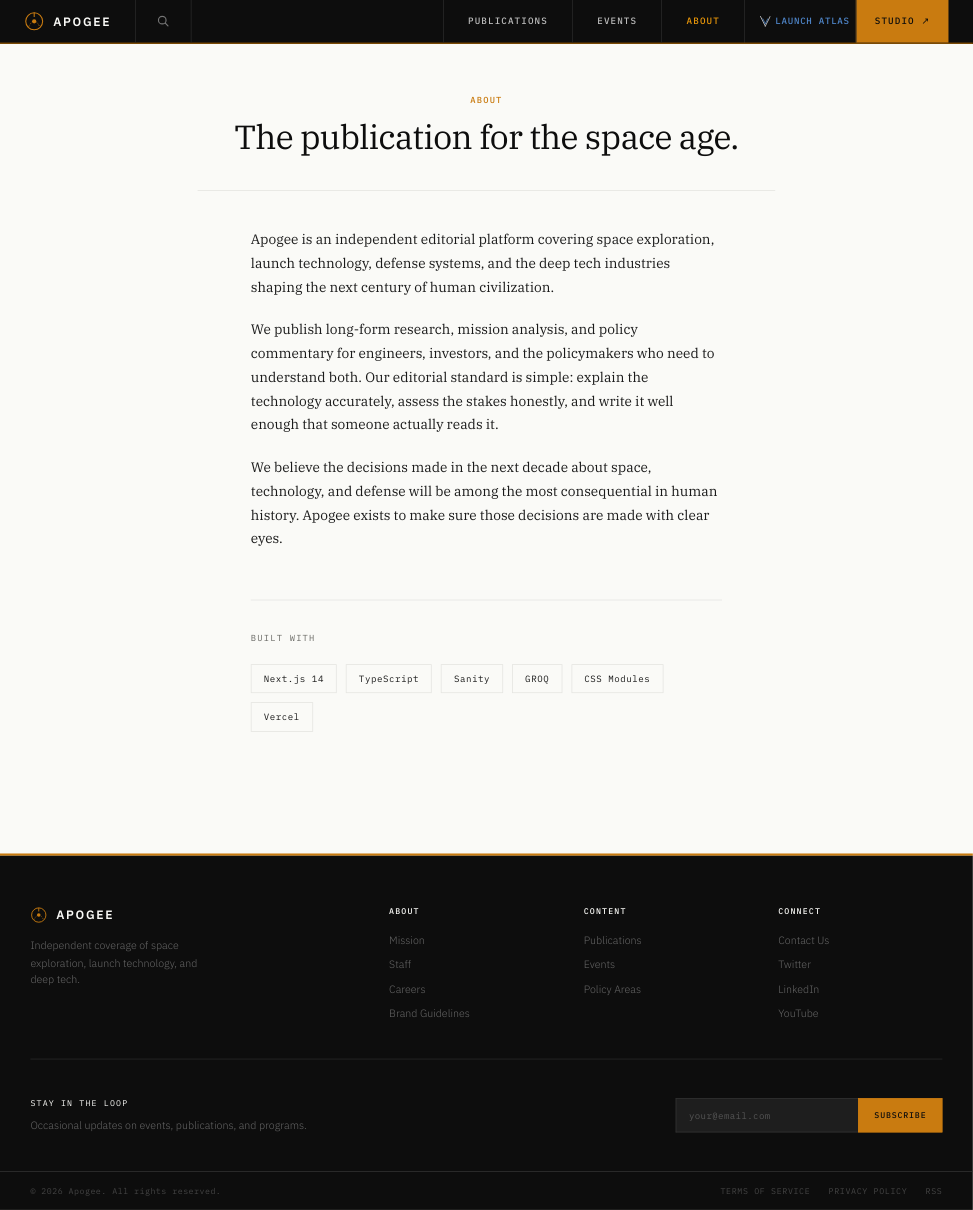
Repository: aricmoore/apogee
Page: /about
The author's editor kept a copy of each file at every save. The page is drawn from the files as they stood at one save, then again after the next save.
The browser window is 1280 px wide. The pictures show the whole page, at 76% of full size.
The project was rebuilt for these pictures with package versions that can differ from the ones it lists, and the page was loaded fresh each time. The framework's server and built-in components were replaced by stand-ins that run in the browser. Also part of the build but not shown: next.config.ts.

Above is the page before, as saved 2026-04-13 18:48:18.

### src/app/layout.tsx
import type { Metadata } from 'next'
import '@/app/globals.css'
import Nav from '@/components/Nav'
import Footer from '@/components/Footer'

export const metadata: Metadata = {
  title: 'Apogee',
  description: 'Space & Deep Tech',
}

export default function RootLayout({ children }: { children: React.ReactNode }) {
  return (
    <html lang="en">
      <body>
        <Nav />
        <main>{children}</main>
        <Footer />
      </body>
    </html>
  )
}

### src/app/about/page.tsx
import styles from './page.module.css'

export default function AboutPage() {
  return (
    <div className={styles.page}>
      <div className="container">
        <div className={styles.header}>
          <span className={styles.label}>About</span>
          <h1 className={styles.title}>The publication for the space age.</h1>
        </div>
        <div className={styles.body}>
          <p>Apogee is an independent editorial platform covering space exploration, launch technology, defense systems, and the deep tech industries shaping the next century of human civilization.</p>
          <p>We publish long-form research, mission analysis, and policy commentary for engineers, investors, and the policymakers who need to understand both. Our editorial standard is simple: explain the technology accurately, assess the stakes honestly, and write it well enough that someone actually reads it.</p>
          <p>We believe the decisions made in the next decade about space, technology, and defense will be among the most consequential in human history. Apogee exists to make sure those decisions are made with clear eyes.</p>
        </div>
        <div className={styles.stack}>
          <span className={styles.stackLabel}>Built with</span>
          <div className={styles.stackGrid}>
            {['Next.js 14', 'TypeScript', 'Sanity', 'GROQ', 'CSS Modules', 'Vercel'].map(item => (
              <div key={item} className={styles.stackItem}>{item}</div>
            ))}
          </div>
        </div>
      </div>
    </div>
  )
}

### src/app/globals.css
@import url('https://fonts.googleapis.com/css2?family=Bebas+Neue&family=IBM+Plex+Serif:ital,wght@0,400;0,500;1,400&family=IBM+Plex+Mono:wght@400;500&family=IBM+Plex+Sans:wght@300;400;500;600&display=swap');

:root {
  --amber:       #C97B10;
  --amber-light: #E8960A;
  --amber-dim:   #7A4A05;
  --black:       #0D0D0D;
  --white:       #FAFAF7;
  --stone:       #C8C8C4;
  --ink:         #1A1A1A;
  --muted:       #6A6A66;
  --faint:       #E4E4E0;
  --bg:          #FAFAF7;
  --accent:      #C97B10;

  --font-display: 'Bebas Neue', 'Arial Narrow', sans-serif;
  --font-serif:   'IBM Plex Serif', Georgia, serif;
  --font-mono:    'IBM Plex Mono', 'Courier New', monospace;
  --font-sans:    'IBM Plex Sans', system-ui, sans-serif;

  --text-xs:   0.75rem;
  --text-sm:   0.875rem;
  --text-base: 1rem;
  --text-lg:   1.125rem;
  --text-xl:   1.25rem;
  --text-2xl:  1.5rem;
  --text-3xl:  2rem;
  --text-4xl:  2.75rem;
  --text-5xl:  3.5rem;
  --text-6xl:  5rem;
  --text-7xl:  7rem;

  --space-1:  0.25rem;
  --space-2:  0.5rem;
  --space-3:  0.75rem;
  --space-4:  1rem;
  --space-5:  1.25rem;
  --space-6:  1.5rem;
  --space-8:  2rem;
  --space-10: 2.5rem;
  --space-12: 3rem;
  --space-16: 4rem;
  --space-20: 5rem;
  --space-24: 6rem;

  --max-w:         1280px;
  --leading-tight: 1.0;
  --leading-snug:  1.25;
  --leading-body:  1.72;
  --measure:       66ch;
  --ease:          cubic-bezier(0.16, 1, 0.3, 1);
}

*, *::before, *::after { box-sizing: border-box; margin: 0; padding: 0; }

html { font-size: 16px; -webkit-font-smoothing: antialiased; -moz-osx-font-smoothing: grayscale; }

body {
  background: var(--bg);
  color: var(--ink);
  font-family: var(--font-sans);
  font-size: var(--text-base);
  line-height: var(--leading-body);
  font-weight: 400;
}

a { color: inherit; text-decoration: none; }
img { display: block; max-width: 100%; }
button { cursor: pointer; border: none; background: none; font: inherit; }

.container {
  width: 100%;
  max-width: var(--max-w);
  margin: 0 auto;
  padding: 0 var(--space-10);
}

.label {
  font-family: var(--font-mono);
  font-size: 0.72rem;
  font-weight: 500;
  letter-spacing: 0.12em;
  text-transform: uppercase;
  color: var(--muted);
}

.rule        { border: none; border-top: 1px solid var(--faint); }
.rule--heavy { border-top: 2px solid var(--black); }

### src/components/Footer.tsx
import Link from 'next/link'
import styles from './Footer.module.css'

function ApogeeIcon() {
  return (
    <svg width="22" height="22" viewBox="0 0 28 28" fill="none" xmlns="http://www.w3.org/2000/svg" aria-hidden="true">
      <circle cx="14" cy="14" r="12" stroke="#C97B10" strokeWidth="1.5" fill="none"/>
      <circle cx="14" cy="14" r="3" fill="#C97B10"/>
      <line x1="14" y1="2" x2="14" y2="8" stroke="#C97B10" strokeWidth="1.5"/>
      <path d="M 6 22 Q 14 6 22 22" stroke="#C97B10" strokeWidth="1" fill="none" strokeDasharray="2 2"/>
    </svg>
  )
}

export default function Footer() {
  return (
    <footer className={styles.footer}>
      <div className={styles.top}>
        <div className="container">
          <div className={styles.grid}>
            <div className={styles.brand}>
              <div className={styles.wordmarkWrap}>
                <ApogeeIcon />
                <span className={styles.wordmark}>Apogee</span>
              </div>
              <p className={styles.tagline}>Independent coverage of space exploration, launch technology, and deep tech.</p>
            </div>
            <div className={styles.col}>
              <span className={styles.colLabel}>About</span>
              <Link href="/about" className={styles.colLink}>Mission</Link>
              <Link href="/about" className={styles.colLink}>Staff</Link>
              <Link href="/about" className={styles.colLink}>Careers</Link>
              <Link href="/about" className={styles.colLink}>Brand Guidelines</Link>
            </div>
            <div className={styles.col}>
              <span className={styles.colLabel}>Content</span>
              <Link href="/" className={styles.colLink}>Publications</Link>
              <Link href="/events" className={styles.colLink}>Events</Link>
              <Link href="/" className={styles.colLink}>Policy Areas</Link>
            </div>
            <div className={styles.col}>
              <span className={styles.colLabel}>Connect</span>
              <Link href="/" className={styles.colLink}>Contact Us</Link>
              <Link href="/" className={styles.colLink}>Twitter</Link>
              <Link href="/" className={styles.colLink}>LinkedIn</Link>
              <Link href="/" className={styles.colLink}>YouTube</Link>
            </div>
          </div>

          <div className={styles.subscribe}>
            <span className={styles.subscribeLabel}>Stay in the loop</span>
            <p className={styles.subscribeSub}>Occasional updates on events, publications, and programs.</p>
            <div className={styles.subscribeForm}>
              <input
                type="email"
                placeholder="your@email.com"
                className={styles.input}
                aria-label="Email address"
              />
              <button className={styles.subscribeBtn}>Subscribe</button>
            </div>
          </div>
        </div>
      </div>

      <div className={styles.bottom}>
        <div className="container">
          <div className={styles.bottomInner}>
            <span className={styles.copy}>© 2026 Apogee. All rights reserved.</span>
            <div className={styles.bottomLinks}>
              <Link href="/" className={styles.bottomLink}>Terms of Service</Link>
              <Link href="/" className={styles.bottomLink}>Privacy Policy</Link>
              <Link href="/" className={styles.bottomLink}>RSS</Link>
            </div>
          </div>
        </div>
      </div>
    </footer>
  )
}

### src/app/about/page.module.css
.page {
  padding: var(--space-16) 0 var(--space-24);
}

.header {
  max-width: 760px;
  margin: 0 auto var(--space-12);
  text-align: center;
  padding-bottom: var(--space-12);
  border-bottom: 1px solid var(--faint);
}

.label {
  font-family: var(--font-mono);
  font-size: 0.72rem;
  font-weight: 500;
  letter-spacing: 0.14em;
  text-transform: uppercase;
  color: var(--amber);
  display: block;
  margin-bottom: var(--space-4);
}

.title {
  font-family: var(--font-serif);
  font-size: var(--text-4xl);
  font-weight: 400;
  line-height: var(--leading-tight);
  letter-spacing: -0.02em;
  color: var(--black);
}

.body {
  max-width: 620px;
  margin: 0 auto var(--space-16);
  font-family: var(--font-serif);
  font-size: var(--text-lg);
  line-height: 1.75;
  color: var(--ink);
}

.body p {
  margin-bottom: var(--space-6);
}

.stack {
  max-width: 620px;
  margin: 0 auto;
  padding-top: var(--space-10);
  border-top: 1px solid var(--faint);
}

.stackLabel {
  font-family: var(--font-mono);
  font-size: 0.72rem;
  letter-spacing: 0.14em;
  text-transform: uppercase;
  color: var(--muted);
  display: block;
  margin-bottom: var(--space-6);
}

.stackGrid {
  display: flex;
  flex-wrap: wrap;
  gap: var(--space-3);
}

.stackItem {
  font-family: var(--font-mono);
  font-size: 0.75rem;
  letter-spacing: 0.06em;
  color: var(--ink);
  border: 1px solid var(--faint);
  padding: var(--space-2) var(--space-4);
  transition: border-color 0.15s, color 0.15s;
}

.stackItem:hover {
  border-color: var(--amber);
  color: var(--amber);
}

### src/components/Nav.module.css
.header {
  position: sticky;
  top: 0;
  z-index: 100;
  background: var(--black);
  border-bottom: 2px solid var(--amber-dim);
}

.inner {
  display: flex;
  align-items: stretch;
  justify-content: space-between;
  min-height: 56px;
  max-width: var(--max-w);
  margin: 0 auto;
  padding: 0 var(--space-8);
}

.wordmark {
  display: flex;
  align-items: center;
  gap: var(--space-3);
  padding-right: var(--space-8);
  border-right: 1px solid #2a2a2a;
  transition: opacity 0.15s;
  white-space: nowrap;
  flex-shrink: 0;
}

.wordmark:hover { opacity: 0.8; }

.wordmarkText {
  font-family: var(--font-sans);
  font-size: 1rem;
  font-weight: 600;
  letter-spacing: 0.14em;
  text-transform: uppercase;
  color: var(--white);
  line-height: 1;
}

.searchWrap {
  display: flex;
  align-items: center;
  padding: 0 var(--space-5);
  border-right: 1px solid #2a2a2a;
  flex-shrink: 0;
}

.searchBtn {
  display: flex;
  align-items: center;
  justify-content: center;
  background: none;
  border: none;
  cursor: pointer;
  padding: var(--space-2);
  opacity: 0.6;
  transition: opacity 0.15s;
}

.searchBtn:hover { opacity: 1; }

.searchForm {
  display: flex;
  align-items: center;
  gap: var(--space-2);
}

.searchInput {
  font-family: var(--font-mono);
  font-size: 0.76rem;
  letter-spacing: 0.08em;
  background: #1a1a1a;
  border: 1px solid #333;
  color: var(--white);
  padding: var(--space-2) var(--space-3);
  width: 200px;
  outline: none;
  transition: border-color 0.15s;
}

.searchInput::placeholder { color: #555; }
.searchInput:focus { border-color: var(--amber); }

.searchClose {
  font-family: var(--font-mono);
  font-size: 0.72rem;
  color: #666;
  background: none;
  border: none;
  cursor: pointer;
  padding: var(--space-1);
  transition: color 0.15s;
}

.searchClose:hover { color: var(--white); }

.links {
  display: flex;
  align-items: stretch;
  flex: 1;
  justify-content: flex-end;
}

.link {
  display: flex;
  align-items: center;
  font-family: var(--font-mono);
  font-size: 0.76rem;
  font-weight: 500;
  letter-spacing: 0.12em;
  text-transform: uppercase;
  color: #BBBBBB;
  padding: 0 var(--space-8);
  border-left: 1px solid #2a2a2a;
  transition: color 0.15s;
  white-space: nowrap;
}

.link:hover { color: var(--amber-light); }

.linkActive {
  color: var(--amber-light) !important;
}

.studio {
  display: flex;
  align-items: center;
  font-family: var(--font-mono);
  font-size: 0.76rem;
  font-weight: 500;
  letter-spacing: 0.12em;
  text-transform: uppercase;
  color: var(--black);
  background: var(--amber);
  padding: 0 var(--space-6);
  border-left: 1px solid #2a2a2a;
  transition: background 0.15s;
  white-space: nowrap;
}

.studio:hover { background: var(--amber-light); }

.burger {
  display: none;
  flex-direction: column;
  justify-content: center;
  gap: 5px;
  padding: 0 var(--space-4);
  background: none;
  border: none;
  border-left: 1px solid #2a2a2a;
  cursor: pointer;
  width: 52px;
  flex-shrink: 0;
}

.burgerLine {
  display: block;
  width: 20px;
  height: 1.5px;
  background: #BBBBBB;
  transition: transform 0.2s, opacity 0.2s;
  transform-origin: center;
}

.burgerTop  { transform: translateY(6.5px) rotate(45deg); }
.burgerMid  { opacity: 0; }
.burgerBot  { transform: translateY(-6.5px) rotate(-45deg); }

.overlay {
  position: fixed;
  top: 56px;
  left: 0;
  right: 0;
  bottom: 0;
  background: var(--black);
  z-index: 99;
  display: flex;
  flex-direction: column;
  padding: var(--space-8);
  border-top: 1px solid #1e1e1e;
}

.overlayLinks {
  display: flex;
  flex-direction: column;
}

.overlayLink {
  font-family: var(--font-display);
  font-size: 3rem;
  letter-spacing: 0.06em;
  color: var(--white);
  padding: var(--space-5) 0;
  border-bottom: 1px solid #1e1e1e;
  transition: color 0.15s;
}

.overlayLink:hover { color: var(--amber); }

/* Launch Atlas nav link */
.launchAtlasLink {
  display: inline-flex;
  align-items: center;
  gap: 6px;
  font-family: var(--font-mono, 'IBM Plex Mono', monospace);
  font-size: 0.75rem;
  font-weight: 500;
  letter-spacing: 0.08em;
  text-transform: uppercase;
  color: #60a5fa;
  text-decoration: none;
  opacity: 0.8;
  transition: opacity 0.15s;
  white-space: nowrap;
  border-left: 1px solid rgba(255, 255, 255, 0.15);
  padding-left: 1.25rem;
  margin-left: 0;
  margin-right: 0.5rem;
}
.launchAtlasLink:hover { opacity: 1; }

/* Launch Atlas in mobile overlay */
.overlayLaunchAtlas {
  display: flex;
  align-items: center;
  gap: 8px;
  color: #60a5fa;
}

@media (max-width: 768px) {
  .links { display: none; }
  .burger { display: flex; }
  .inner { padding: 0 var(--space-5); }
  .searchWrap { padding: 0 var(--space-3); }
}

@media (max-width: 400px) {
  .wordmarkText { display: none; }
  .wordmark { padding-right: var(--space-4); }
}

### src/components/Footer.module.css
.footer {
  border-top: 3px solid var(--amber);
  margin-top: var(--space-16);
}

.top {
  background: var(--black);
  padding: var(--space-16) 0 var(--space-12);
}

.grid {
  display: grid;
  grid-template-columns: 2fr 1fr 1fr 1fr;
  gap: var(--space-10);
  margin-bottom: var(--space-12);
  padding-bottom: var(--space-12);
  border-bottom: 1px solid #2a2a2a;
}

.brand {}

.wordmarkWrap {
  display: flex;
  align-items: center;
  gap: var(--space-3);
  margin-bottom: var(--space-4);
}

.wordmark {
  font-family: var(--font-sans);
  font-size: 1rem;
  font-weight: 600;
  letter-spacing: 0.14em;
  text-transform: uppercase;
  color: var(--white);
}

.tagline {
  font-family: var(--font-sans);
  font-size: var(--text-sm);
  font-weight: 300;
  line-height: 1.6;
  color: #666;
  max-width: 28ch;
}

.col {
  display: flex;
  flex-direction: column;
  gap: var(--space-2);
}

.colLabel {
  font-family: var(--font-mono);
  font-size: 0.68rem;
  font-weight: 500;
  letter-spacing: 0.14em;
  text-transform: uppercase;
  color: var(--white);
  margin-bottom: var(--space-2);
}

.colLink {
  font-family: var(--font-sans);
  font-size: var(--text-sm);
  font-weight: 300;
  color: #666;
  transition: color 0.15s;
}

.colLink:hover { color: var(--amber); }

.subscribe {
  display: grid;
  grid-template-columns: 1fr auto;
  grid-template-rows: auto auto;
  gap: var(--space-2) var(--space-8);
  align-items: center;
}

.subscribeLabel {
  font-family: var(--font-mono);
  font-size: 0.68rem;
  letter-spacing: 0.14em;
  text-transform: uppercase;
  color: var(--white);
  grid-column: 1;
}

.subscribeSub {
  font-family: var(--font-sans);
  font-size: var(--text-sm);
  font-weight: 300;
  color: #666;
  grid-column: 1;
}

.subscribeForm {
  display: flex;
  grid-column: 2;
  grid-row: 1 / 3;
  align-self: center;
}

.input {
  font-family: var(--font-mono);
  font-size: 0.75rem;
  letter-spacing: 0.04em;
  background: #1e1e1e;
  border: 1px solid #333;
  border-right: none;
  color: var(--white);
  padding: var(--space-3) var(--space-4);
  width: 240px;
  outline: none;
  transition: border-color 0.15s;
}

.input::placeholder { color: #555; }
.input:focus { border-color: var(--amber); }

.subscribeBtn {
  font-family: var(--font-mono);
  font-size: 0.68rem;
  font-weight: 500;
  letter-spacing: 0.1em;
  text-transform: uppercase;
  color: var(--black);
  background: var(--amber);
  border: 1px solid var(--amber);
  padding: var(--space-3) var(--space-5);
  cursor: pointer;
  transition: background 0.15s;
  white-space: nowrap;
}

.subscribeBtn:hover { background: var(--amber-light); border-color: var(--amber-light); }

.bottom {
  background: var(--black);
  border-top: 1px solid #2a2a2a;
  padding: var(--space-4) 0;
}

.bottomInner {
  display: flex;
  justify-content: space-between;
  align-items: center;
}

.copy {
  font-family: var(--font-mono);
  font-size: 0.68rem;
  letter-spacing: 0.06em;
  color: #444;
}

.bottomLinks {
  display: flex;
  gap: var(--space-6);
}

.bottomLink {
  font-family: var(--font-mono);
  font-size: 0.68rem;
  letter-spacing: 0.08em;
  text-transform: uppercase;
  color: #444;
  transition: color 0.15s;
}

.bottomLink:hover { color: var(--amber); }

@media (max-width: 900px) {
  .grid { grid-template-columns: 1fr 1fr; }
  .subscribe { grid-template-columns: 1fr; }
  .subscribeForm { grid-column: 1; grid-row: auto; }
  .input { width: 100%; }
}

@media (max-width: 500px) {
  .grid { grid-template-columns: 1fr; }
  .bottomInner { flex-direction: column; gap: var(--space-3); align-items: flex-start; }
}

Loaded but not shown: src/components/Nav.tsx (175 lines, source omitted)

After the next save:
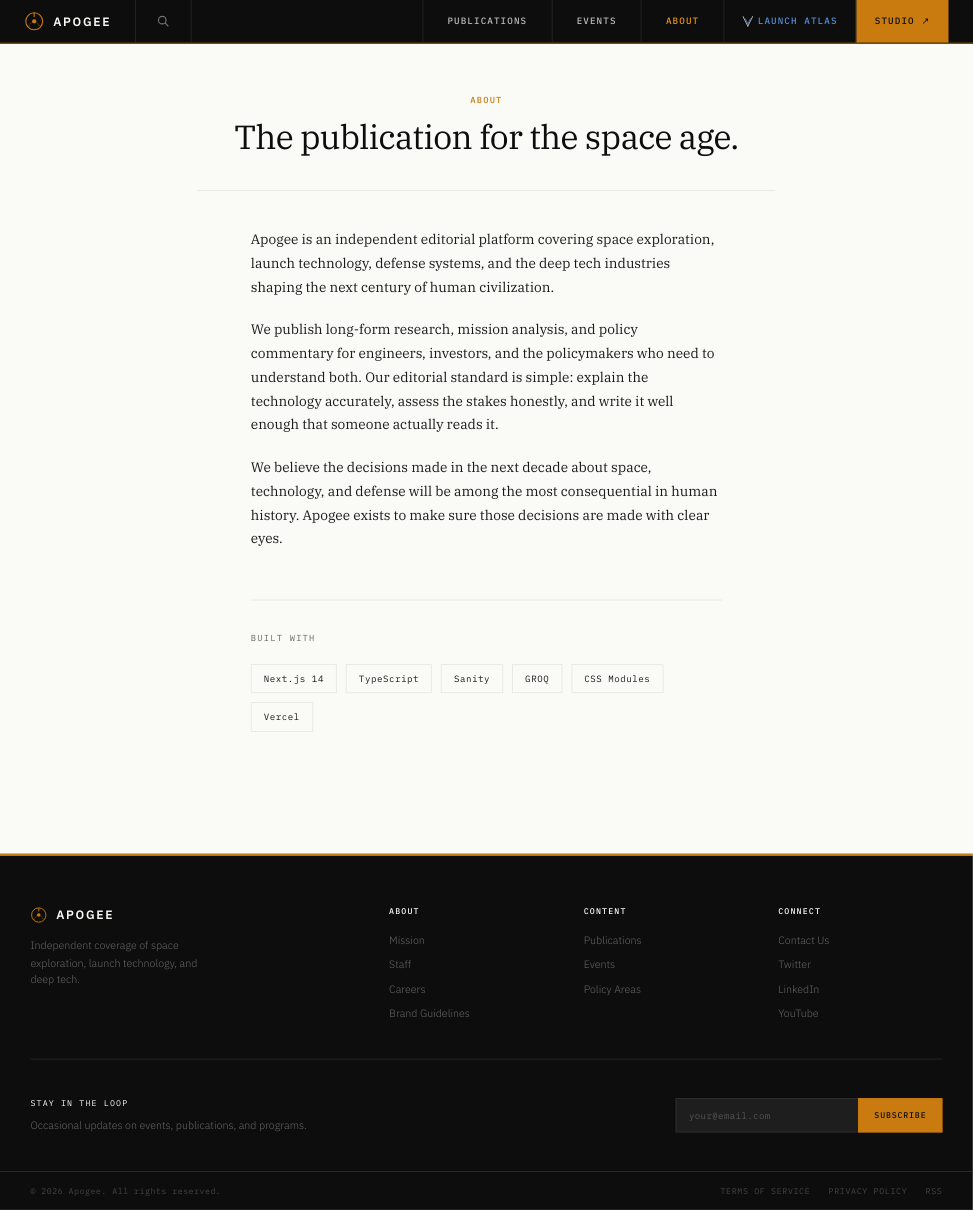
Saved 3 min 52 s later.
--- a/src/components/Nav.module.css
+++ b/src/components/Nav.module.css
@@ -181,6 +181,7 @@
   flex-direction: column;
   padding: var(--space-8);
   border-top: 1px solid #1e1e1e;
+  overflow-y: auto;
 }
 
 .overlayLinks {
@@ -200,35 +201,40 @@
 
 .overlayLink:hover { color: var(--amber); }
 
-/* Launch Atlas nav link */
+.overlayLinkAtlas {
+  display: flex;
+  align-items: center;
+  gap: 12px;
+  font-family: var(--font-display);
+  font-size: 3rem;
+  letter-spacing: 0.06em;
+  color: #60a5fa;
+  padding: var(--space-5) 0;
+  border-bottom: 1px solid #1e1e1e;
+  transition: color 0.15s;
+  text-decoration: none;
+}
+.overlayLinkAtlas:hover { color: #93c5fd; }
+
+/* Launch Atlas desktop nav link — matches .link height and border pattern */
 .launchAtlasLink {
-  display: inline-flex;
+  display: flex;
   align-items: center;
   gap: 6px;
-  font-family: var(--font-mono, 'IBM Plex Mono', monospace);
-  font-size: 0.75rem;
+  font-family: var(--font-mono);
+  font-size: 0.76rem;
   font-weight: 500;
-  letter-spacing: 0.08em;
+  letter-spacing: 0.12em;
   text-transform: uppercase;
   color: #60a5fa;
   text-decoration: none;
-  opacity: 0.8;
+  opacity: 0.85;
   transition: opacity 0.15s;
   white-space: nowrap;
-  border-left: 1px solid rgba(255, 255, 255, 0.15);
-  padding-left: 1.25rem;
-  margin-left: 0;
-  margin-right: 0.5rem;
+  padding: 0 var(--space-6);
+  border-left: 1px solid #2a2a2a;
 }
 .launchAtlasLink:hover { opacity: 1; }
-
-/* Launch Atlas in mobile overlay */
-.overlayLaunchAtlas {
-  display: flex;
-  align-items: center;
-  gap: 8px;
-  color: #60a5fa;
-}
 
 @media (max-width: 768px) {
   .links { display: none; }
